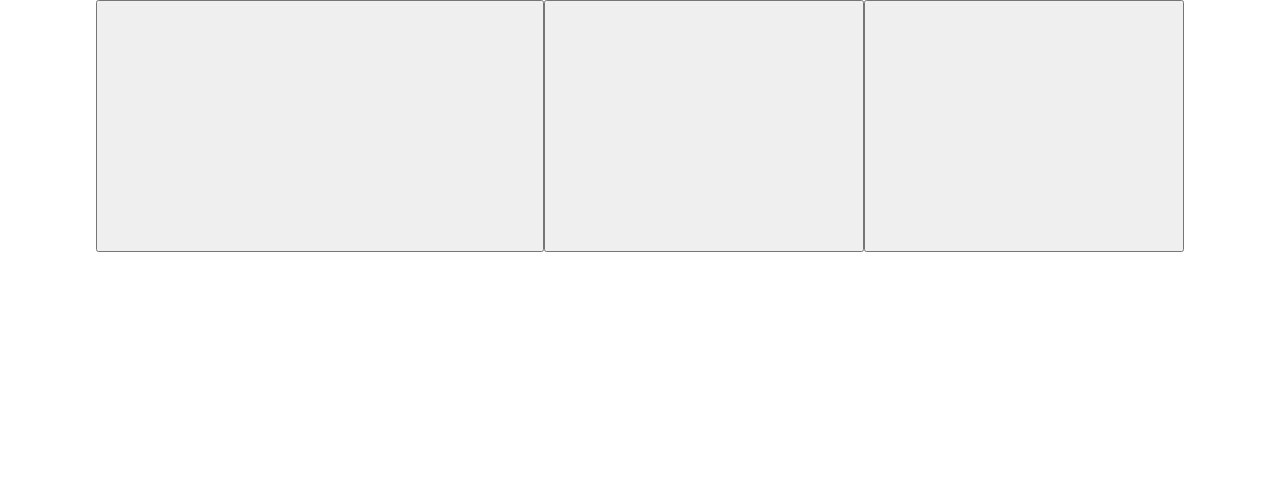
Repository: napan24/tic-tac-toe
Page: /
The author's editor kept a copy of each file at every save. The page is drawn from the files as they stood at one save, then again after the next save.
The browser window is 1280 px wide. The pictures show the whole page.
The project was rebuilt for these pictures with package versions that can differ from the ones it lists, and the page was loaded fresh each time. Also part of the build but not shown: src/App.css.

Above is the page before, as saved 2022-06-12 11:41:55.

### src/App.js
import logo from './logo.svg';
import './App.css';
import { FontAwesomeIcon } from '@fortawesome/react-fontawesome';
import { faXmark } from '@fortawesome/free-solid-svg-icons';
import {faCircle} from '@fortawesome/free-regular-svg-icons';
import './tik.css';
/* <FontAwesomeIcon icon={faXmark} size="5x" /> */
/* <FontAwesomeIcon icon={faCircle} size="5x"/> */
function App() {
  return (
    <div className="row" style={{display:"flex",justifyContent:"center",alignContent:"center"}}>
      <button className="column" style={{height:"35vh",width:"35vw"}}></button>
      <button className="column"></button>
      <button className="column"></button>
    </div>
  );
}

export default App;

### src/tik.css
* {
    box-sizing: border-box;
  }

  /* Create three equal columns that floats next to each other */
  .column {
    float: left;
    width: 25%;
    height:35vh;
  }

  /* Clear floats after the columns */
  .row:after {
    content: "";
    display: table;
    clear: both;
  }

Loaded but not shown: public/index.html (common file); src/index.js (common file); src/index.css (common file); src/reportWebVitals.js (common file)

After the next save:
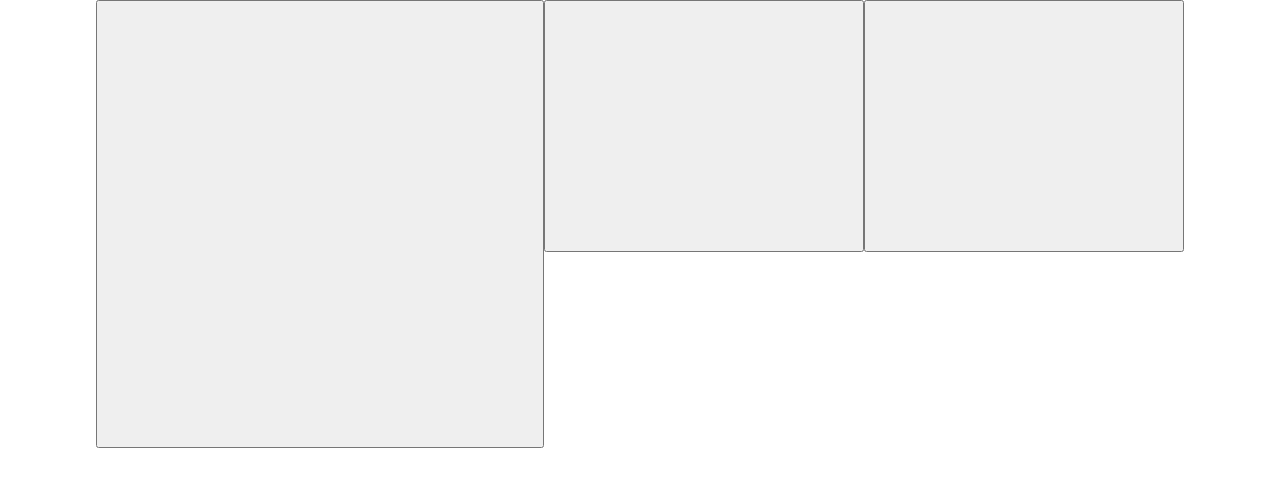
Saved 5 s later.
--- a/src/App.js
+++ b/src/App.js
@@ -9,7 +9,7 @@ import './tik.css';
 function App() {
   return (
     <div className="row" style={{display:"flex",justifyContent:"center",alignContent:"center"}}>
-      <button className="column" style={{height:"35vh",width:"35vw"}}></button>
+      <button className="column" style={{height:"35vw",width:"35vw"}}></button>
       <button className="column"></button>
       <button className="column"></button>
     </div>
